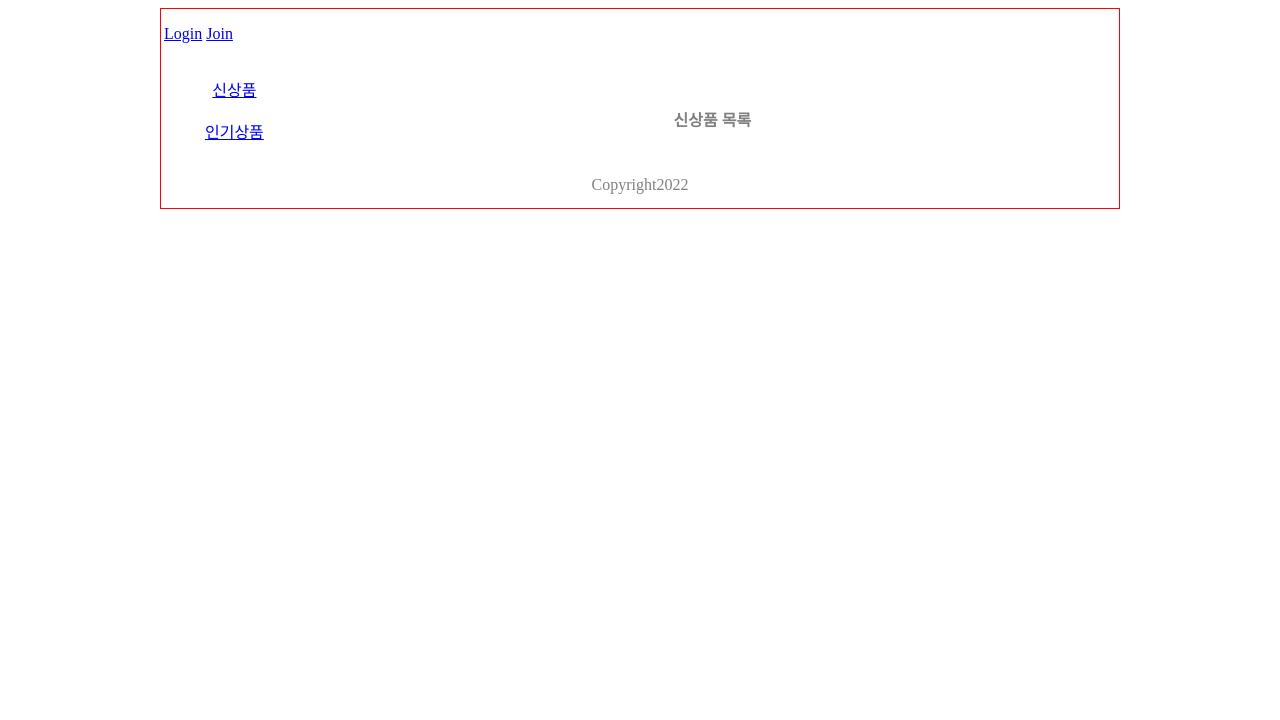
Repository: MaSHwan/JSP_Study
Page: http://localhost/ServletProject/template/template.jsp
The author's editor kept a copy of each file at every save. The page is drawn from the files as they stood at one save, then again after the next save.
The browser window is 1280 px wide. The pictures show the whole page.
The page is served by Tomcat 9.

Above is the page before, as saved 2022-08-08 03:04:30.

After the next save:
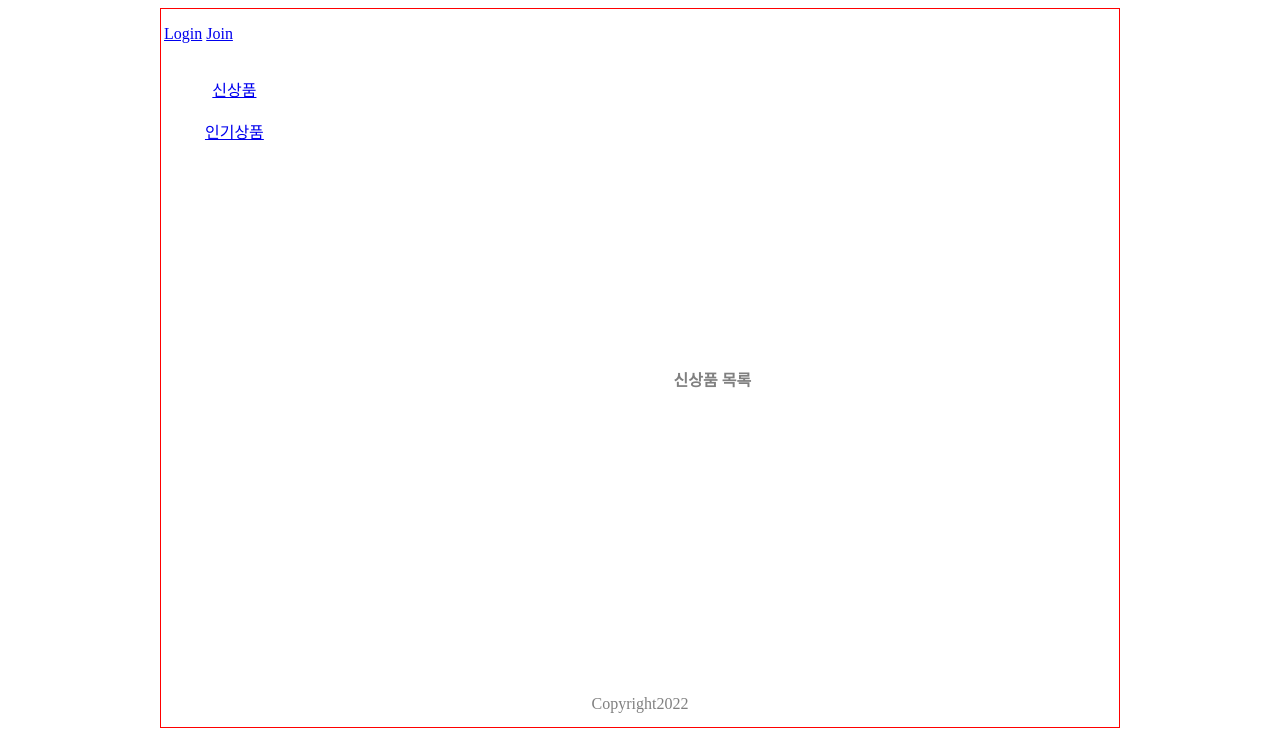
Saved 72 s later.
--- a/ServletProject/src/main/webapp/template/template.jsp
+++ b/ServletProject/src/main/webapp/template/template.jsp
@@ -15,6 +15,7 @@
 	table{
 	margin:auto;
 	width:960px;
+	height:720px;
 	border:1px solid red;
 	color:gray;}
 
